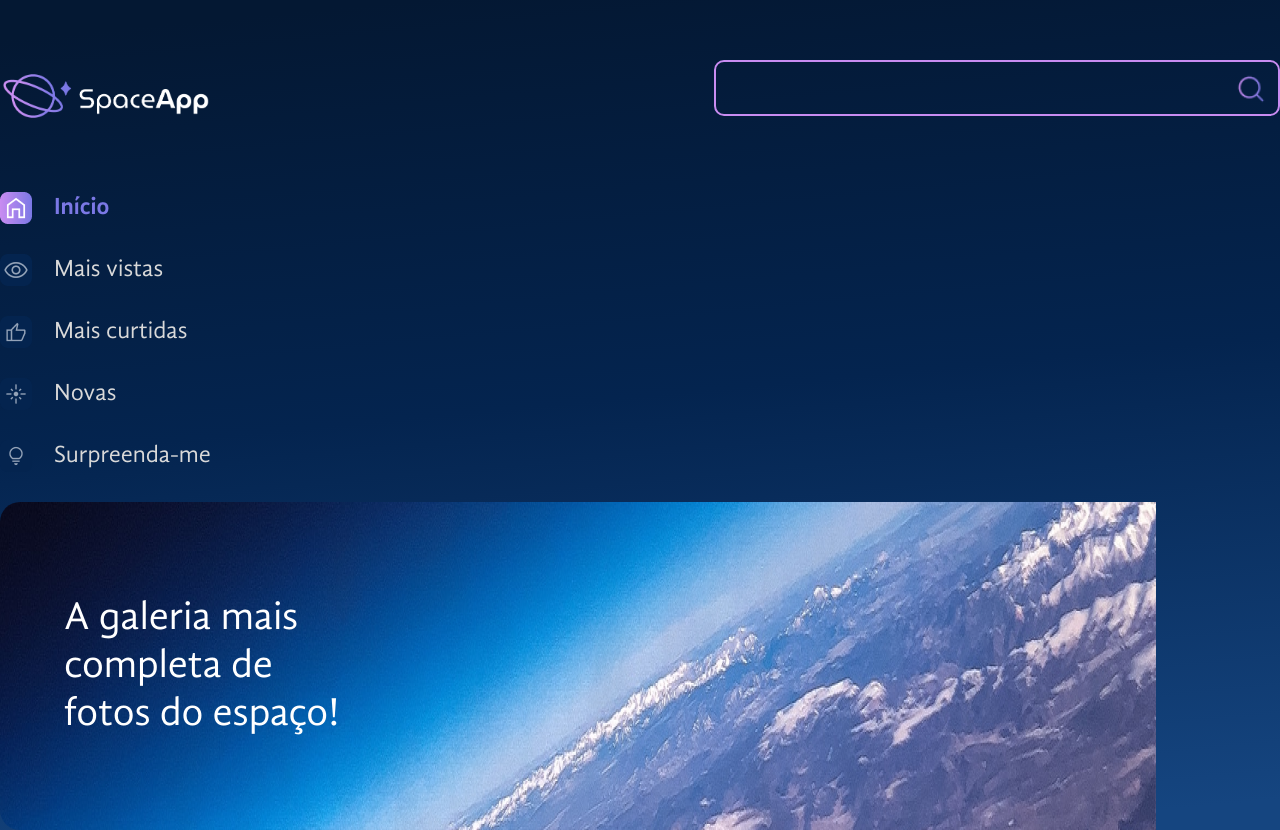
Repository: humbertobrasileiro/space-app
Page: /
The author's editor kept a copy of each file at every save. The page is drawn from the files as they stood at one save, then again after the next save.
The browser window is 1280 px wide. The pictures show the whole page.
The project was rebuilt for these pictures with package versions that can differ from the ones it lists, and the page was loaded fresh each time. Also part of the build but not shown: vite.config.js.

Above is the page before, as saved 2025-03-06 08:54:18.

After the next save:
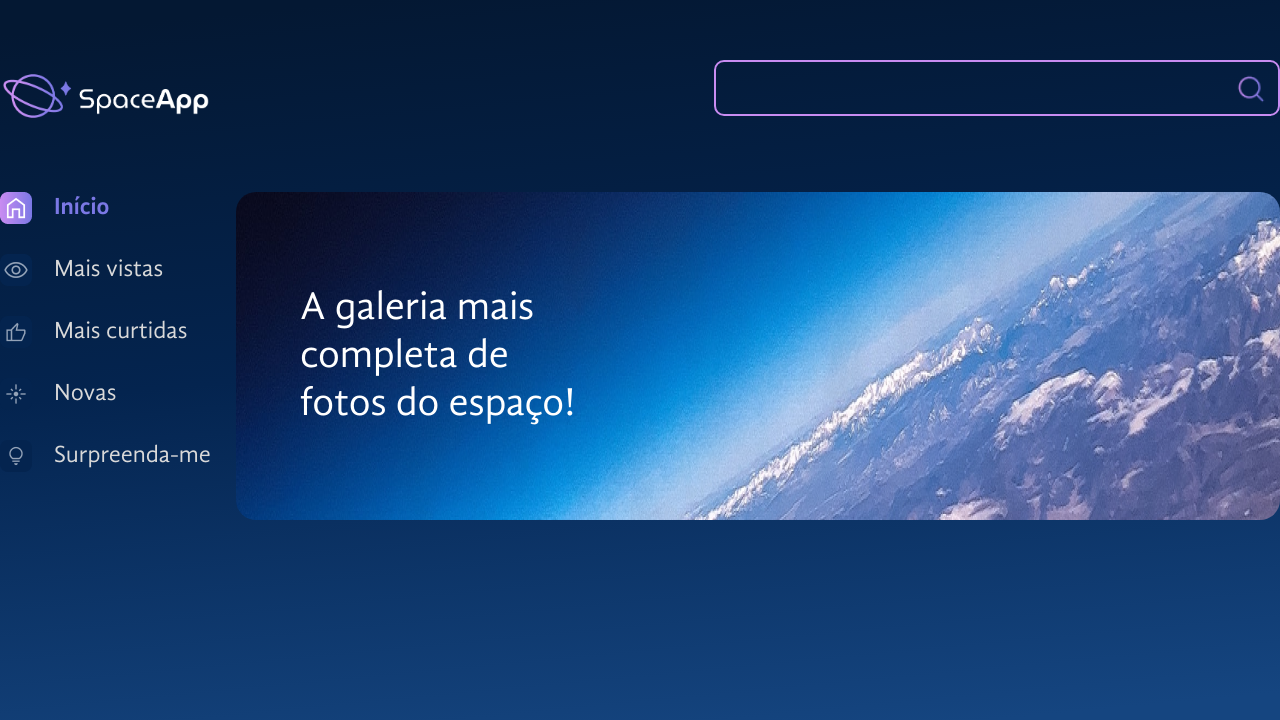
Saved 117 s later.
--- a/src/App.jsx
+++ b/src/App.jsx
@@ -16,6 +16,11 @@ const AppContainer = styled.div`
   max-width: 100%;
 `
 
+const MainContainer = styled.main`
+  display: flex;
+  gap: 24px;
+`
+
 function App() {
 
   return (
@@ -23,11 +28,13 @@ function App() {
       <EstilosGlobais />
       <AppContainer>
         <Cabecalho />
-        <BarraLateral />
-        <Banner
-          texto="A galeria mais completa de fotos do espaço!"
-          backgroundImage={bannerBackground}
-        />
+        <MainContainer>
+          <BarraLateral />
+          <Banner
+            texto="A galeria mais completa de fotos do espaço!"
+            backgroundImage={bannerBackground}
+          />
+        </MainContainer>
       </AppContainer>
     </FundoGradiente>
   )
